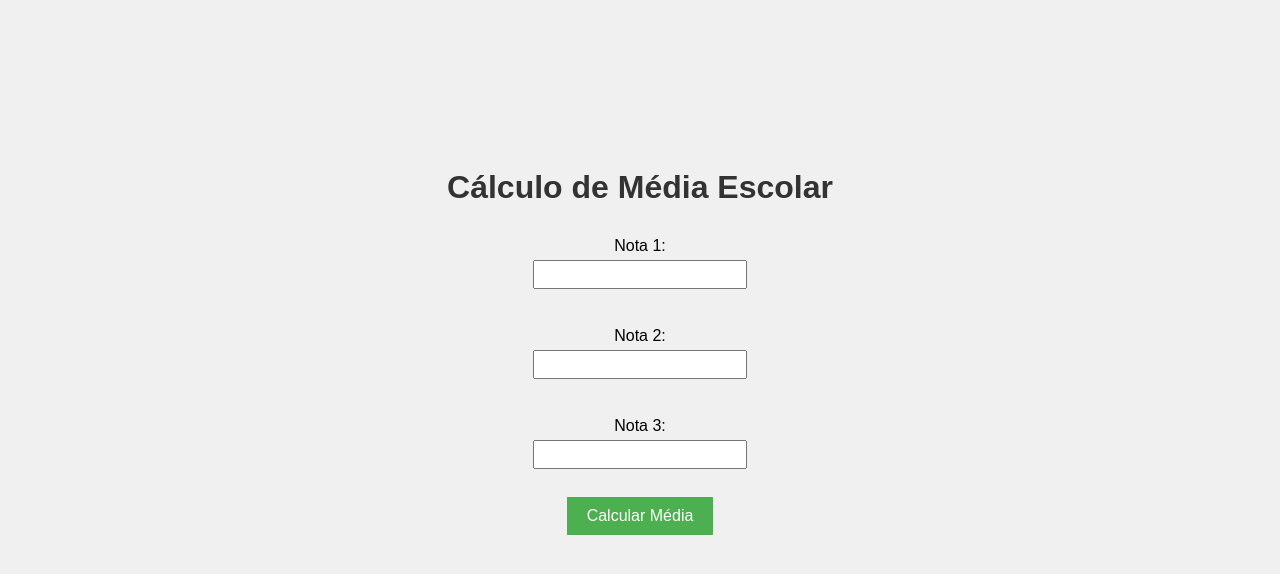
Repository: Gabrielb0rn/JavaScript-HTML.io
Page: atividade 11/index.html
The author's editor kept a copy of each file at every save. The page is drawn from the files as they stood at one save, then again after the next save.
The browser window is 1280 px wide. The pictures show the whole page.

Above is the page before, as saved 2024-07-04 11:28:51.

After the next save:
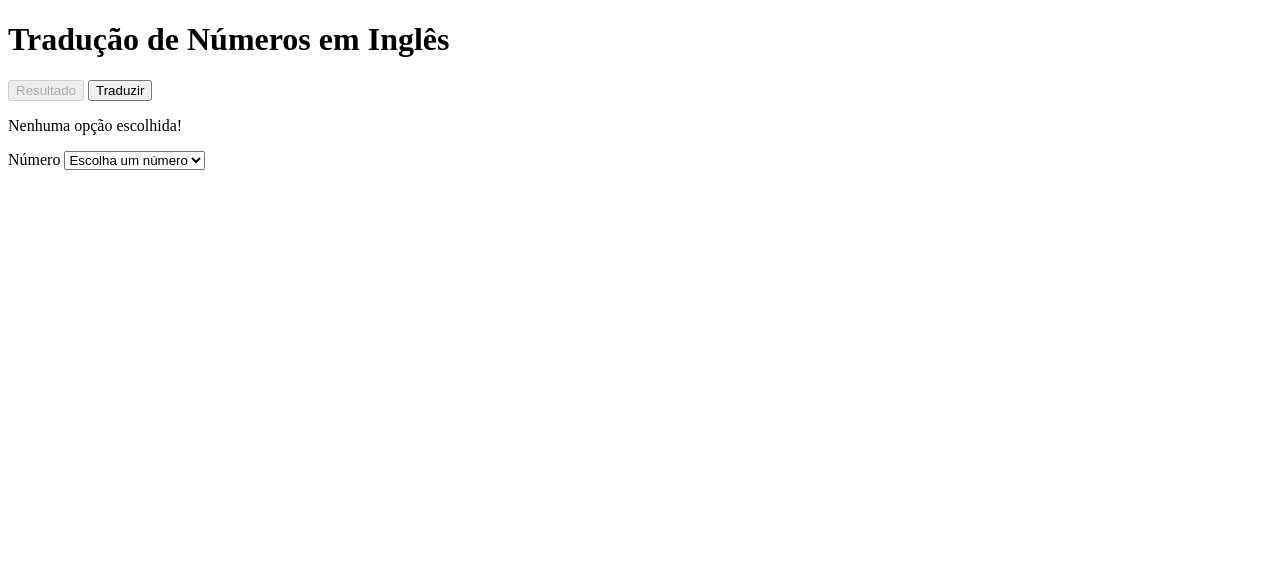
Not found: atividade 11/script.js
Not found: atividade 11/styles.css
Saved 2 min 14 s later.
--- a/atividade 11/index.html
+++ b/atividade 11/index.html
@@ -1,27 +1,31 @@
 <!DOCTYPE html>
-<html lang="pt-br">
+<html lang="pt">
 <head>
     <meta charset="UTF-8">
     <meta name="viewport" content="width=device-width, initial-scale=1.0">
-    <link rel="stylesheet" href="assets/style.css">
-    <title>Cálculo de Média Escolar</title>
+    <title>Tradução de Números em Inglês</title>
+    <link rel="stylesheet" href="styles.css">
 </head>
 <body>
-    <h1>Cálculo de Média Escolar</h1>
-
-    <label for="nota1">Nota 1:</label>
-    <input type="number" id="nota1" name="nota1"><br>
-
-    <label for="nota2">Nota 2:</label>
-    <input type="number" id="nota2" name="nota2"><br>
-
-    <label for="nota3">Nota 3:</label>
-    <input type="number" id="nota3" name="nota3"><br>
-
-    <button onclick="calcularMedia()">Calcular Média</button>
-
-    <p id="resultado"></p>
-
-    <script src="assets/scripts.js"></script>
+    <div class="container">
+        <h1>Tradução de Números em Inglês</h1>
+        <div class="translation-container">
+            <button id="resultado" disabled>Resultado</button>
+            <button id="traduzir">Traduzir</button>
+        </div>
+        <p id="mensagem">Nenhuma opção escolhida!</p>
+        <div class="dropdown-container">
+            <label for="numero">Número</label>
+            <select id="numero">
+                <option value="" disabled selected>Escolha um número</option>
+                <option value="one">One</option>
+                <option value="two">Two</option>
+                <option value="three">Three</option>
+                <option value="four">Four</option>
+                <option value="five">Five</option>
+            </select>
+        </div>
+    </div>
+    <script src="script.js"></script>
 </body>
 </html>

After the 6 saves that followed:
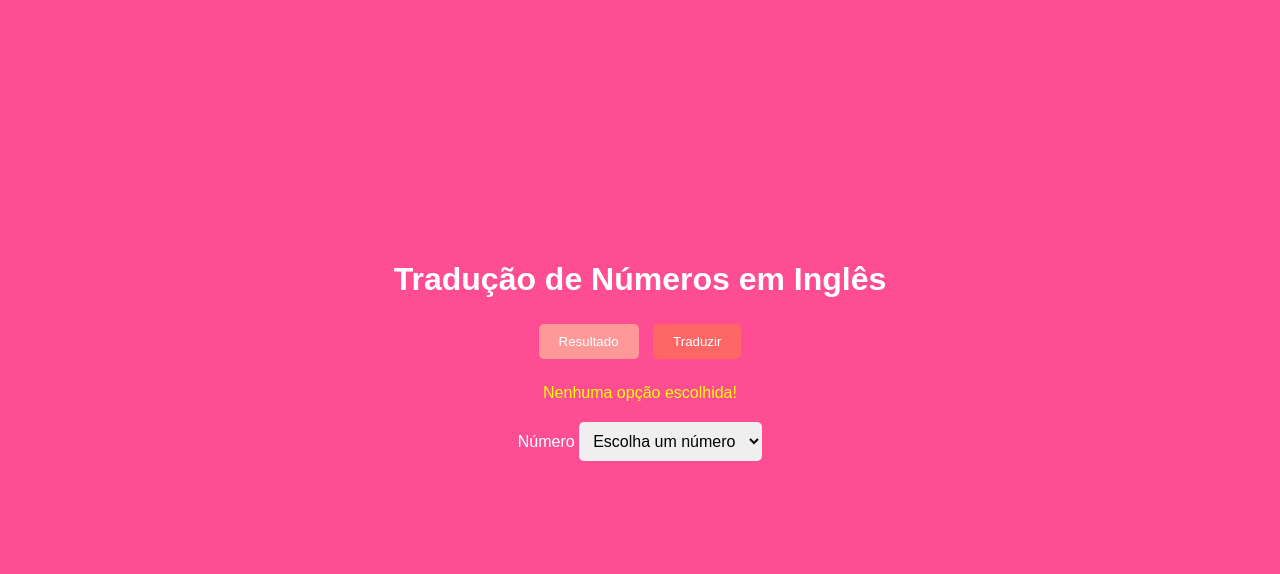
The 6 saves are shown as one change because 3 left the picture as it was and some came seconds apart.
The last was saved 29 s later.
--- a/atividade 11/index.html
+++ b/atividade 11/index.html
@@ -4,7 +4,7 @@
     <meta charset="UTF-8">
     <meta name="viewport" content="width=device-width, initial-scale=1.0">
     <title>Tradução de Números em Inglês</title>
-    <link rel="stylesheet" href="styles.css">
+    <link rel="stylesheet" href="assets/style.css">
 </head>
 <body>
     <div class="container">
@@ -26,6 +26,6 @@
             </select>
         </div>
     </div>
-    <script src="script.js"></script>
+    <script src="assets/scripts.js"></script>
 </body>
 </html>
--- a/atividade 11/assets/style.css
+++ b/atividade 11/assets/style.css
@@ -1,37 +1,49 @@
 body {
     font-family: Arial, sans-serif;
+    background-color: #ff4d94;
     display: flex;
-    flex-direction: column;
+    justify-content: center;
     align-items: center;
-    justify-content: center;
     height: 100vh;
-    background-color: #f0f0f0;
     margin: 0;
 }
-h1 {
-    color: #333;
+
+.container {
+    text-align: center;
+    color: white;
 }
-label {
-    margin: 10px 0 5px;
+
+.translation-container {
+    margin: 20px 0;
 }
-input {
-    padding: 5px;
-    margin-bottom: 10px;
-    width: 200px;
+
+button {
+    background-color: #ff6666;
+    border: none;
+    color: white;
+    padding: 10px 20px;
+    margin: 5px;
+    cursor: pointer;
+    border-radius: 5px;
 }
-button {
-    padding: 10px 20px;
-    background-color: #4CAF50;
-    color: white;
+
+button:disabled {
+    background-color: #ff9999;
+    cursor: not-allowed;
+}
+
+.dropdown-container {
+    margin: 20px 0;
+}
+
+select {
+    padding: 10px;
+    font-size: 16px;
+    border-radius: 5px;
     border: none;
-    cursor: pointer;
-    font-size: 16px;
 }
-button:hover {
-    background-color: #45a049;
+
+#mensagem {
+    color: yellow;
+    margin: 10px 0;
 }
-#resultado {
-    margin-top: 20px;
-    font-size: 18px;
-    color: #333;
-}
--- a/atividade 11/assets/scripts.js
+++ b/atividade 11/assets/scripts.js
@@ -1,15 +1,23 @@
-function calcularMedia() {
-    var nota1 = parseFloat(document.getElementById("nota1").value);
-    var nota2 = parseFloat(document.getElementById("nota2").value);
-    var nota3 = parseFloat(document.getElementById("nota3").value);
+document.getElementById('traduzir').addEventListener('click', function() {
+    const select = document.getElementById('numero');
+    const selectedOption = select.options[select.selectedIndex].value;
 
-    if (isNaN(nota1) || isNaN(nota2) || isNaN(nota3)) {
-        alert("Por favor, insira todas as notas.");
-        return;
+    if (selectedOption) {
+        document.getElementById('resultado').innerText = traduzirNumero(selectedOption);
+        document.getElementById('mensagem').innerText = '';
+    } else {
+        document.getElementById('mensagem').innerText = 'Nenhuma opção escolhida!';
     }
+});
 
-    var media = (nota1 + nota2 + nota3) / 3;
-    var resultado = media >= 7 ? "Aprovado" : "Reprovado";
+function traduzirNumero(numero) {
+    const traducoes = {
+        one: 'Um',
+        two: 'Dois',
+        three: 'Três',
+        four: 'Quatro',
+        five: 'Cinco'
+    };
 
-    alert("A média é: " + media.toFixed(2) + "\n" + resultado);
+    return traducoes[numero] || '';
 }
